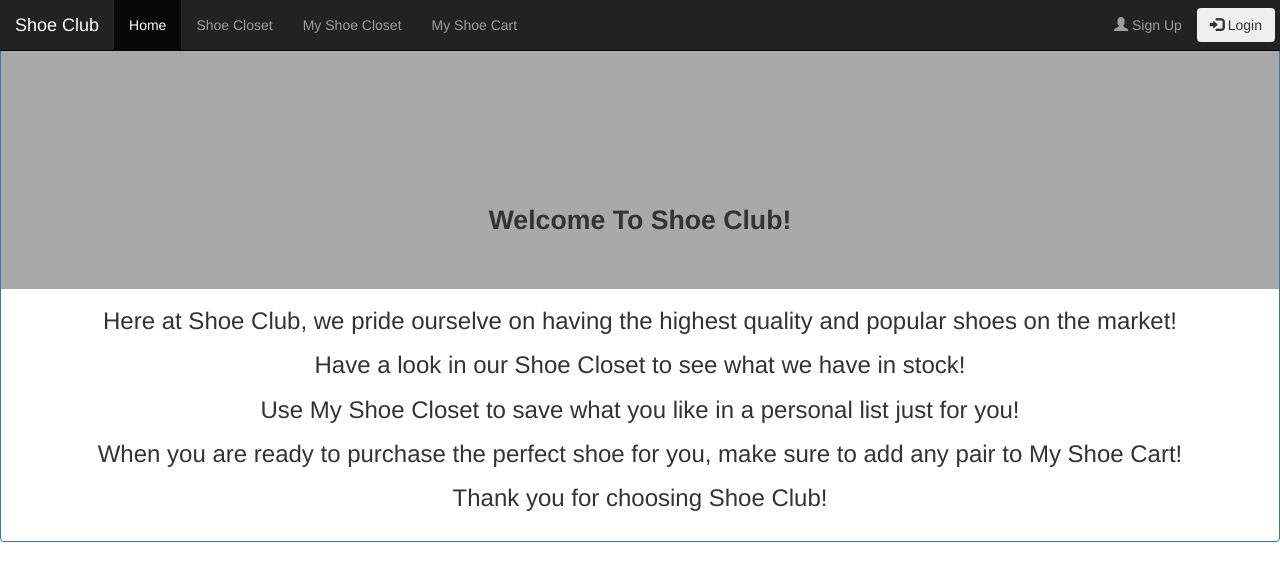
Repository: georgewoizesko/WeekFiveRefactor
Page: weekfiveprojectRefactored/src/main/webapp/index.html
An editor plug-in stored every save of this project. The page is shown before and after the next save, followed by the edit.
The browser window is 1280 px wide. The pictures show the whole page.
Some web libraries are served in a nearby version.

Above is the page before, as saved 2016-09-02 18:17:31.

### weekfiveprojectRefactored/src/main/webapp/index.html
<!DOCTYPE html>
<html lang="en">
<head>
  <title>Shoe Club</title>
  <meta charset="utf-8">
  <meta name="viewport" content="width=device-width, initial-scale=1">
  <link rel="stylesheet" href="http://maxcdn.bootstrapcdn.com/bootstrap/3.3.4/css/bootstrap.min.css">
  <script src="https://ajax.googleapis.com/ajax/libs/jquery/1.11.3/jquery.min.js"></script>
  <script src="http://maxcdn.bootstrapcdn.com/bootstrap/3.3.4/js/bootstrap.min.js"></script>
 <style>
 .heading
 {
 font-size: 20pt;
 font-weight: bold;
 	text-align: center;
  background-color: darkgray;
  padding-top: 200px;
  padding-bottom: 50px;
  padding-left: 200px;
  padding-right: 200px;
 }
  .center
  {
    text-align: center;
  }
	.right {
		position: absolute;
    		right: 15px;
    		top: 25px;
		}
    .tablelayout
    {
      width: 100%;
      text-align: left;
      align-content: center;
      font-weight: bold;
      font-size: 18pt;
    }
    .tr
    {
      border-bottom: 4px solid black;
      text-align: center;
      font-size: 18pt;
      font-weight: bold;
    }
    #login-link
    {

      margin-top: 8px;
      margin-right: 5px;
    }
    #login
    {

      color: gray;
      background-color: black;
      padding: 10px;
    }
  </style>
</head>
<body>
<nav class="navbar navbar-inverse navbar-fixed-top center">
  <div class="container-fluid">
    <div class="navbar-header">
      <a class="navbar-brand" href="index.html">Shoe Club</a>
    </div>
    <div>
      <ul class="nav navbar-nav">
        <li class="active"><a href="index.html">Home</a></li>
        <li><a href="pages/shoecloset.html">Shoe Closet</a></li>
        <li><a href="pages/myshoecloset.html">My Shoe Closet</a></li>
        <li><a href="pages/myshoecart.html">My Shoe Cart</a></li>
      </ul>
      <ul class="nav navbar-nav navbar-right">
        <li><a href="pages/signup.html"><span class="glyphicon glyphicon-user"></span> Sign Up</a></li>
         <li id="login-link">
        <div class="dropdown">
        <button class="btn dropdown-toggle" type="button" data-toggle="dropdown"><span class="glyphicon glyphicon-log-in"></span>  Login
       </button>
        <ul class="dropdown-menu">
        <li id="login">
          <form>
             <div class="form-group">
                  <label for="email">Email address:</label>
                  <input type="email" class="form-control" id="email">
             </div>
             <div class="form-group">
                  <label for="pwd">Password:</label>
                  <input type="password" class="form-control" id="pwd">
             </div>
             <div class="checkbox">
                  <label><input type="checkbox"> Remember me</label>
             </div>
                  <button type="submit" class="btn btn-default">Submit</button>
          </form>
          </li>
          </ul>
          </div>
       </li>
      </ul>
    </div>
  </div>
</nav>
<div class="panel panel-primary">
  	  <div class="heading"> Welcome To Shoe Club!</div>
  	  <div class="panel-body" style="text-align: center; font-size: 18pt;">
              <p>Here at Shoe Club, we pride ourselve on having the highest quality and popular shoes on the market!</p>
          <p>Have a look in our Shoe Closet to see what we have in stock!</p>
          <p>Use My Shoe Closet to save what you like in a personal list just for you!</p>
          <p>When you are ready to purchase the perfect shoe for you, make sure to add any pair to My Shoe Cart!</p>
          <p>Thank you for choosing Shoe Club!</p>


  	  </div>
	 </div>
</body>
</html>

After the next save:
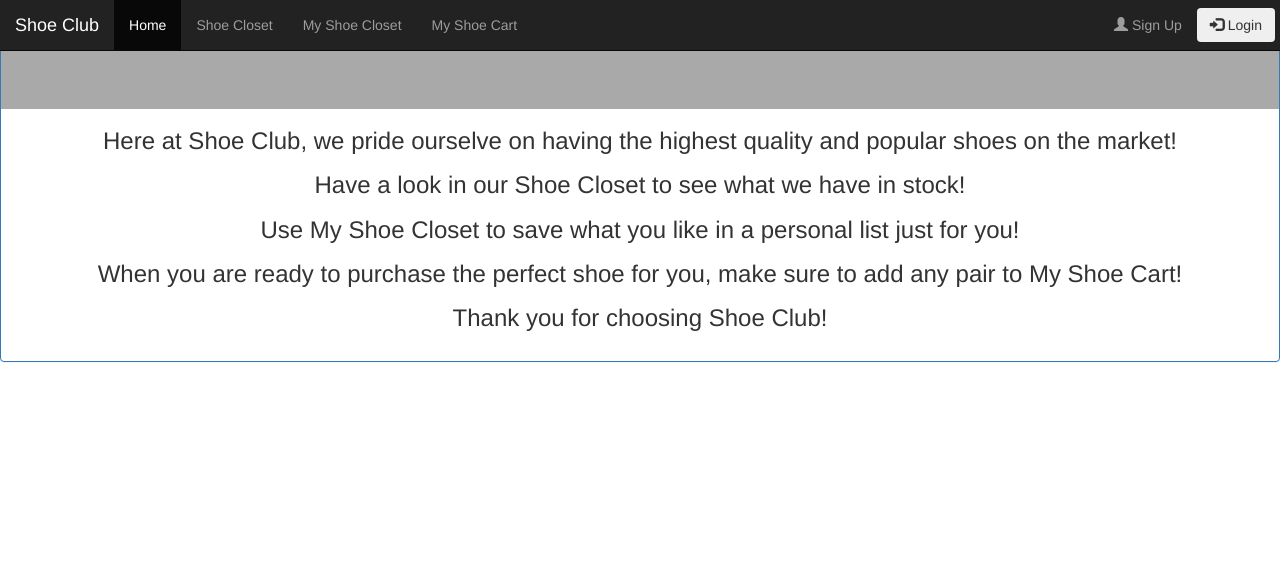
Saved 5 min 30 s later.
--- a/weekfiveprojectRefactored/src/main/webapp/index.html
+++ b/weekfiveprojectRefactored/src/main/webapp/index.html
@@ -14,7 +14,7 @@
  font-weight: bold;
  	text-align: center;
   background-color: darkgray;
-  padding-top: 200px;
+  padding-top: 20px;
   padding-bottom: 50px;
   padding-left: 200px;
   padding-right: 200px;
